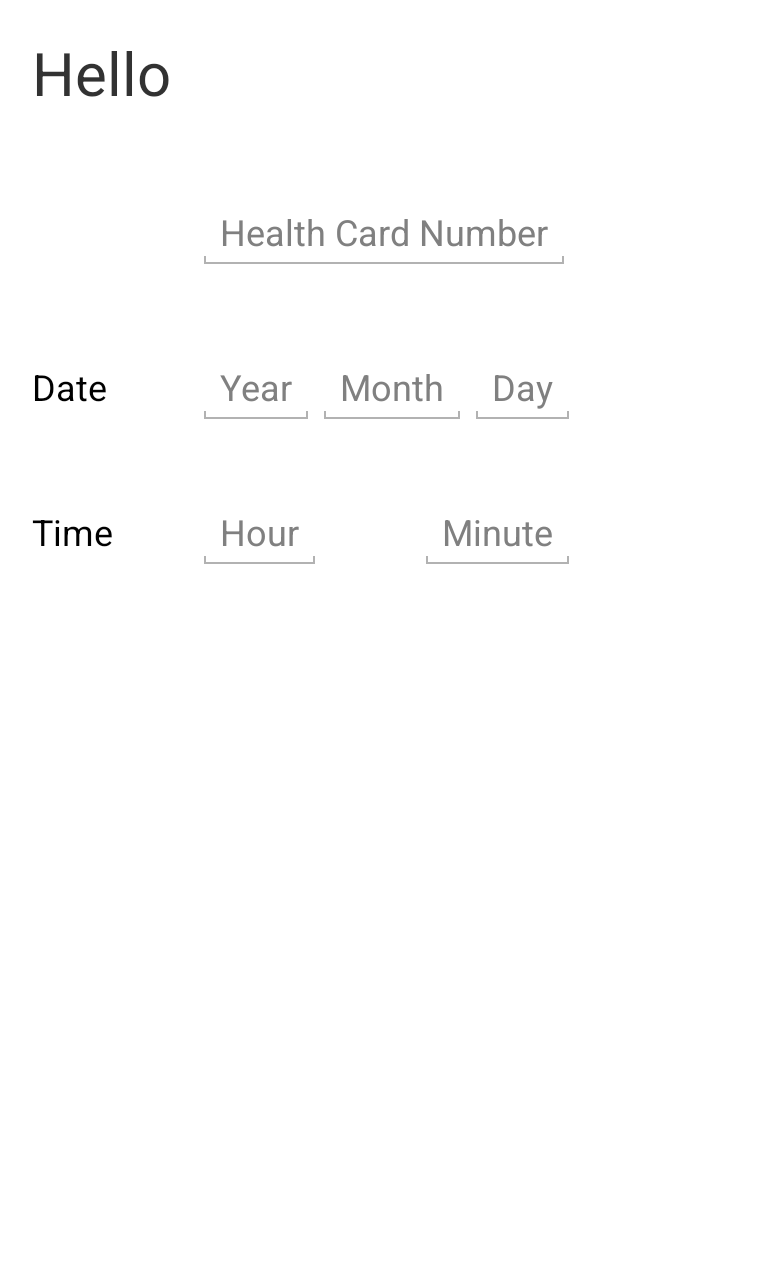
Repository: wangyuan0915/ER
Layout: workspace2/phase3/res/layout/activity_check_time.xml
These files come from the project's save history. The layout is drawn as it stood at one moment and after the next save; the edit follows.
It is drawn on a 768 x 1280 px phone screen (xhdpi) without system bars, with theme AppTheme; the app's code is not run.

Above is the layout before, as saved 2013-11-25 04:20:51.

### workspace2/phase3/res/layout/activity_check_time.xml
<RelativeLayout xmlns:android="http://schemas.android.com/apk/res/android"
    xmlns:tools="http://schemas.android.com/tools"
    android:layout_width="match_parent"
    android:layout_height="match_parent"
    android:paddingBottom="@dimen/activity_vertical_margin"
    android:paddingLeft="@dimen/activity_horizontal_margin"
    android:paddingRight="@dimen/activity_horizontal_margin"
    android:paddingTop="@dimen/activity_vertical_margin"
    tools:context=".CheckTimeActivity" >

    <TextView
        android:id="@+id/hello2"
        android:layout_width="wrap_content"
        android:layout_height="wrap_content"
        android:text="@string/Hello"
        android:textSize="30sp" />

    <EditText
        android:id="@+id/healthnum"
        android:layout_width="wrap_content"
        android:layout_height="wrap_content"
        android:layout_below="@+id/hello2"
        android:layout_centerHorizontal="true"
        android:layout_marginTop="40dp"
        android:hint="@string/Health_Card_Number"
        android:textAppearance="?android:attr/textAppearanceMedium" />

    <TextView
        android:id="@+id/date1"
        android:layout_width="wrap_content"
        android:layout_height="wrap_content"
        android:layout_alignLeft="@+id/hello2"
        android:layout_below="@+id/healthnum"
        android:layout_marginTop="45dp"
        android:text="@string/Date"
        android:textAppearance="?android:attr/textAppearanceMedium" />

    <EditText
        android:id="@+id/year1"
        android:layout_width="wrap_content"
        android:layout_height="wrap_content"
        android:layout_alignBaseline="@+id/date1"
        android:layout_alignBottom="@+id/date1"
        android:layout_alignLeft="@+id/healthnum"
        android:inputType="number"
        android:hint="@string/Year"
        android:textAppearance="?android:attr/textAppearanceMedium" />

    <EditText
        android:id="@+id/month1"
        android:layout_width="wrap_content"
        android:layout_height="wrap_content"
        android:layout_alignBaseline="@+id/year1"
        android:layout_alignBottom="@+id/year1"
        android:layout_toRightOf="@+id/year1"
        android:inputType="number"
        android:hint="@string/Month"
        android:textAppearance="?android:attr/textAppearanceMedium" />

    <EditText
        android:id="@+id/day1"
        android:layout_width="wrap_content"
        android:layout_height="wrap_content"
        android:layout_alignBaseline="@+id/month1"
        android:layout_alignBottom="@+id/month1"
        android:layout_toRightOf="@+id/month1"
        android:inputType="number"
        android:hint="@string/Day"
        android:textAppearance="?android:attr/textAppearanceMedium" />

    <TextView
        android:id="@+id/time1"
        android:layout_width="wrap_content"
        android:layout_height="wrap_content"
        android:layout_alignLeft="@+id/date1"
        android:layout_below="@+id/year1"
        android:layout_marginTop="40dp"
        android:text="@string/Time"
        android:textAppearance="?android:attr/textAppearanceMedium" />

    <EditText
        android:id="@+id/hour1"
        android:layout_width="wrap_content"
        android:layout_height="wrap_content"
        android:layout_alignBaseline="@+id/time1"
        android:layout_alignBottom="@+id/time1"
        android:layout_alignLeft="@+id/year1"
        android:hint="@string/Hour"
        android:inputType="number"
        android:textAppearance="?android:attr/textAppearanceMedium" />

    <EditText
        android:id="@+id/minute1"
        android:layout_width="wrap_content"
        android:layout_height="wrap_content"
        android:layout_alignBaseline="@+id/hour1"
        android:layout_alignBottom="@+id/hour1"
        android:layout_alignRight="@+id/day1"
        android:hint="@string/Minute"
        android:textAppearance="?android:attr/textAppearanceMedium" />

</RelativeLayout>

### workspace2/phase3/res/values/strings.xml
<?xml version="1.0" encoding="utf-8"?>
<resources>

    <string name="app_name">phase3</string>
    <string name="action_settings">Settings</string>
    <string name="hello_world">Hello world!</string>
    <string name="Login">Login</string>
    <string name="username">username</string>
    <string name="password">password</string>
    <string name="Nurse">Nurse</string>
    <string name="Physician">Physician</string>
    <string name="login">login</string>
    <string name="title_activity_choice">ChoiceActivity</string>
    <string name="title_activity_physician__choice">Physician_ChoiceActivity</string>
    <string name="Hello">Hello</string>
    <string name="Add_a_new_patient">Add a new patient</string>
    <string name="Add_VitalSign">Add VitalSign</string>
    <string name="title_activity_new_patient">NewPatientActivity</string>
    <string name="title_activity_add_vital_sign">AddVitalSignActivity</string>
    <string name="New_Patient">New Patient</string>
    <string name="patient_name">patient\'s name</string>
    <string name="Health_Card_Number">Health Card Number</string>
    <string name="Birthday">Birthday</string>
    <string name="Year">Year</string>
    <string name="Month">Month</string>
    <string name="Day">Day</string>
    <string name="Date">Date</string>
    <string name="Time">Time</string>
    <string name="Hour">Hour</string>
    <string name="Minute">Minute</string>
    <string name="Submit">Submit</string>
    <string name="VitalSign">VitalSign</string>
    <string name="Temperature">Temperature</string>
    <string name="Systolic">Systolic</string>
    <string name="Diastolic">Diastolic</string>
    <string name="Heartrate">Heartrate</string>
    <string name="View_Patient_Record">View Patient\'s Record</string>
    <string name="Add_Prescription">Add Prescription</string>
    <string name="title_activity_view_patient_record">ViewPatientRecord</string>
    <string name="title_activity_add_prescription">AddPrescription</string>
    <string name="Medication">Medication</string>
    <string name="Instruction">Instruction</string>
    <string name="Urgency_List">Urgency List</string>
    <string name="Record_check_in_time">Record Check-inTime</string>
    <string name="title_activity_urgency_list">UrgencyListActivity</string>
    <string name="title_activity_check_time">CheckTimeActivity</string>

</resources>

Loaded but not shown: workspace2/phase3/res/values/styles.xml (common file); workspace2/phase3/res/values-v11/styles.xml (common file); workspace2/phase3/res/values-v14/styles.xml (common file); workspace2/phase3/res/values/dimens.xml (common file)

After the next save:
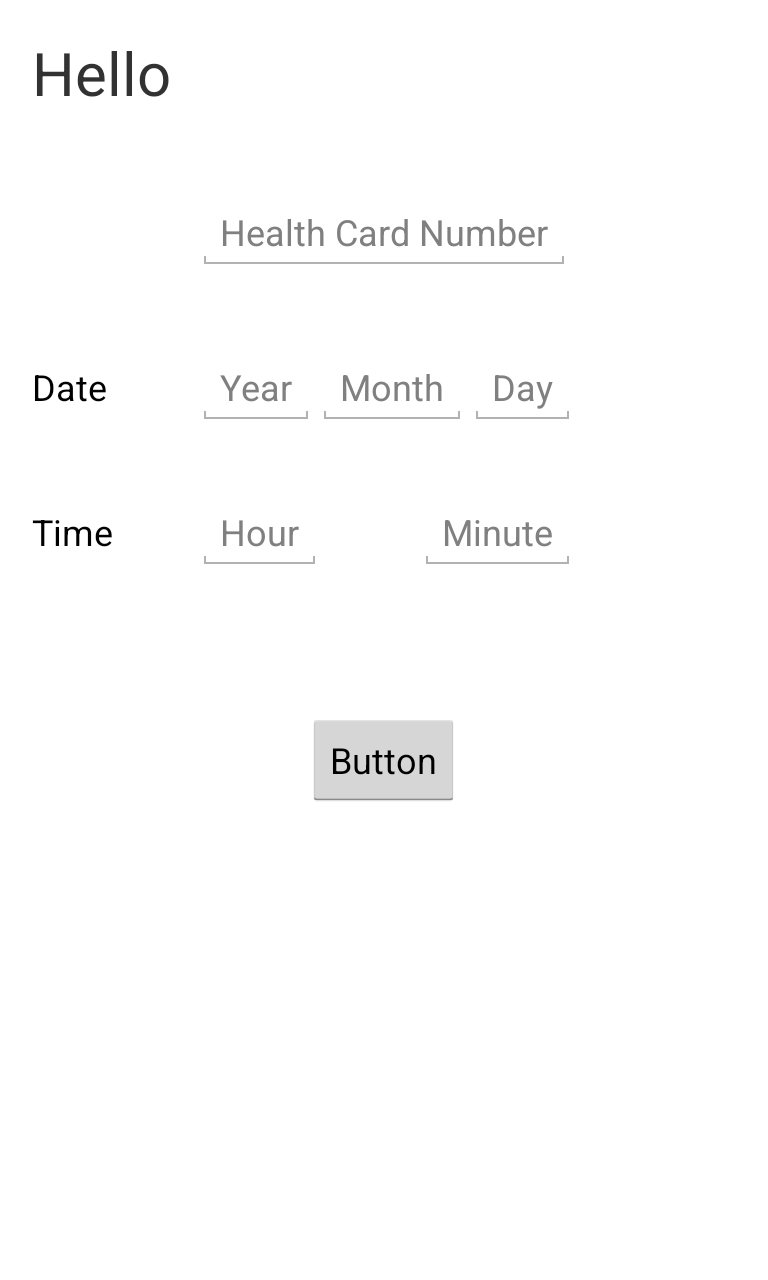
Saved 30 s later.
--- a/workspace2/phase3/res/layout/activity_check_time.xml
+++ b/workspace2/phase3/res/layout/activity_check_time.xml
@@ -97,6 +97,16 @@
         android:layout_alignBottom="@+id/hour1"
         android:layout_alignRight="@+id/day1"
         android:hint="@string/Minute"
+        android:inputType="number"
         android:textAppearance="?android:attr/textAppearanceMedium" />
 
+    <Button
+        android:id="@+id/button1"
+        android:layout_width="wrap_content"
+        android:layout_height="wrap_content"
+        android:layout_below="@+id/hour1"
+        android:layout_centerHorizontal="true"
+        android:layout_marginTop="70dp"
+        android:text="Button" />
+
 </RelativeLayout>
